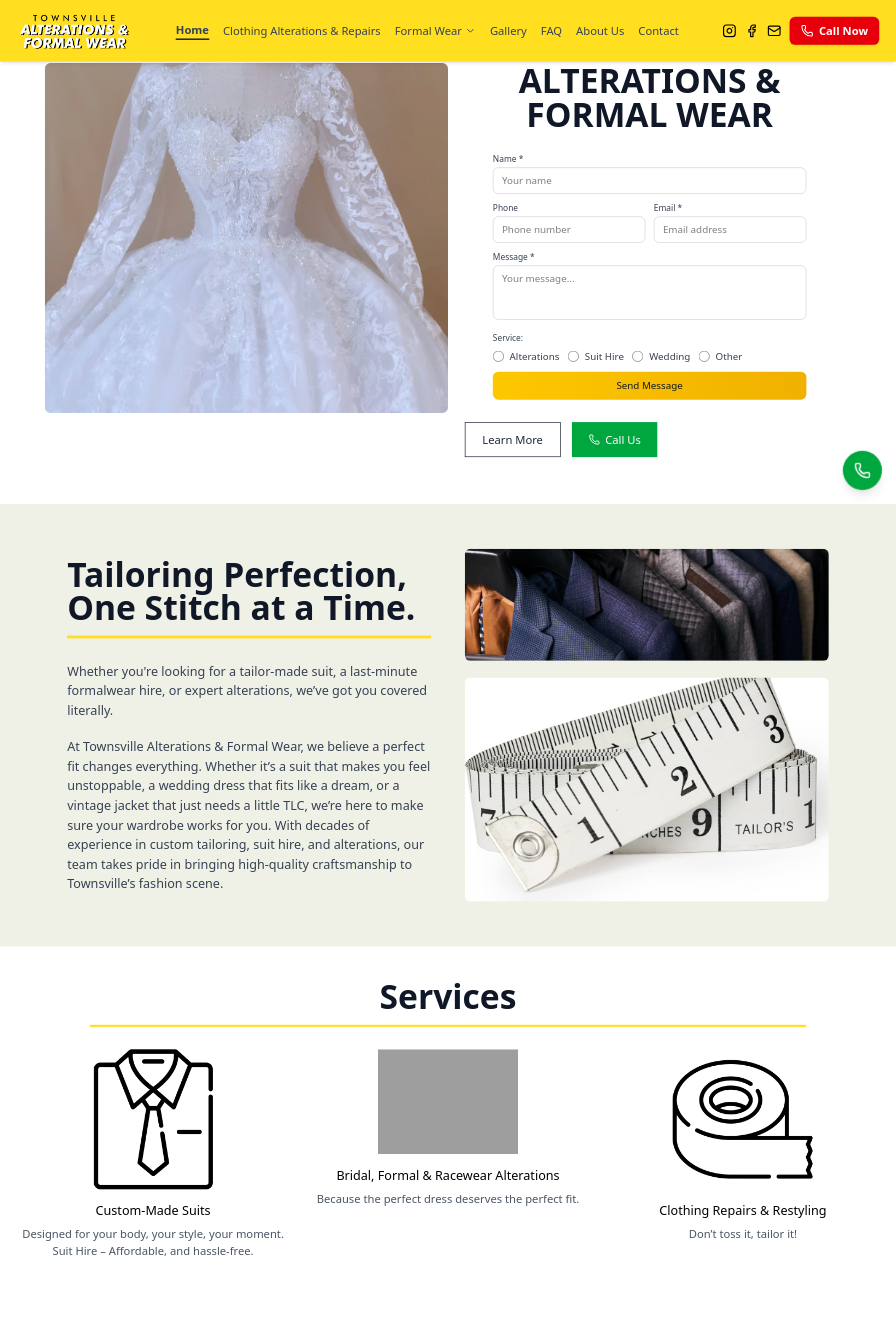
Repository: tarekhasan1/townsville-alteration
Page: /
These files come from the project's save history. The page is drawn as it stood at one moment and after the next save; the edit follows.
The browser window is 1280 px wide. The pictures show the part of the page from y = 0 to 1920 px (the page is 3274 px tall before and 3276 px after), at 70% of full size.
Pictures or frames that could not be fetched are drawn as grey boxes. The page's requests for data from a server got no answer. The project was rebuilt for these pictures with package versions that can differ from the ones it lists, and the page was loaded fresh each time. The framework's server and built-in components were replaced by stand-ins that run in the browser. No one was signed in, and anything a server would have sent is missing. Also part of the build but not shown: next.config.ts.

Above is the page before, as saved 2026-01-31 10:56:17.

### src/app/layout.tsx
import type { Metadata } from "next";
import Script from "next/script";
import "./globals.css";
import LayoutShell from "@/components/LayoutShell";
import FloatingCallButton from "@/components/FloatingCallButton";
import AnalyticsTracker from "@/components/AnalyticsTracker";

export const metadata: Metadata = {
  title: "Townsville Alterations and Formal Wear | Tailoring, Suit Hire, Alterations",
  description:
    "Townsville Alterations and Formal Wear - Reinvent Your Wardrobe. Hire or tailor-make outfits that turn heads. Expert suit hire, bridal alterations, and tailoring in Townsville.",
  keywords:
    "Townsville Tailoring, Formal Wear Townsville, Suit Hire, Alterations, Wedding Dress Alterations, Custom Tailoring",
  authors: [{ name: "Townsville Alterations & Formal Wear" }],
  creator: "Townsville Alterations & Formal Wear",
  publisher: "Townsville Alterations & Formal Wear",
  robots: "index, follow",
  icons: "/logo.png",
};

export default function RootLayout({
  children,
}: {
  children: React.ReactNode;
}) {
  return (
    <html lang="en">
      <head>
        {/* Google Tag Manager */}
        <Script
          id="gtm-script"
          strategy="afterInteractive"
          dangerouslySetInnerHTML={{
            __html: `
              (function(w,d,s,l,i){w[l]=w[l]||[];
              w[l].push({'gtm.start': new Date().getTime(),event:'gtm.js'});
              var f=d.getElementsByTagName(s)[0],
              j=d.createElement(s),dl=l!='dataLayer'?'&l='+l:'';
              j.async=true;j.src=
              'https://www.googletagmanager.com/gtm.js?id='+i+dl;
              f.parentNode.insertBefore(j,f);
              })(window,document,'script','dataLayer','GTM-WH7KD8GK');
            `,
          }}
        />
        {/* End Google Tag Manager */}
      </head>

      <body>
        {/* Google Tag Manager (noscript) */}
        <noscript>
          <iframe
            src="https://www.googletagmanager.com/ns.html?id=GTM-WH7KD8GK"
            height="0"
            width="0"
            style={{ display: "none", visibility: "hidden" }}
          />
        </noscript>
        {/* End Google Tag Manager (noscript) */}
        <AnalyticsTracker />

        <LayoutShell>{children}</LayoutShell>

        {/* Global Floating Call Button */}
        <FloatingCallButton />
      </body>
    </html>
  );
}

### src/app/page.tsx
import BannerCarousel from "@/components/BannerCarousel";
import LatestCollection from "@/components/LatestCollection";
import ServicesSection from "@/components/ServicesSection";
import SuitsForSaleSection from "@/components/SuitForSaleSection";
import TailoringSection from "@/components/TailoringSection";

export default function Home() {
  return (
    <div>
      <BannerCarousel/>
      <TailoringSection/>
      <ServicesSection/>
      <LatestCollection/>
      <SuitsForSaleSection/>
    </div>
  );
}

### src/app/globals.css
@import "tailwindcss";

:root {
  --background: #ffffff;
  --foreground: #171717;
}

### src/components/LayoutShell.tsx
// components/LayoutShell.tsx
'use client';

import { usePathname } from 'next/navigation';
import Navbar from '@/components/Navbar';
import ContactSection from '@/components/ContactSection';
import DevelopedBy from '@/components/DevelopedBy';

export default function LayoutShell({ children }: { children: React.ReactNode }) {
  const pathname = usePathname();
  const isAdminRoute = pathname.startsWith('/admin');

  return (
    <>
      {!isAdminRoute && <Navbar />}
      {children}
      {!isAdminRoute && (
        <>
          <ContactSection />
          <DevelopedBy />
        </>
      )}
    </>
  );
}

### src/components/FloatingCallButton.tsx
'use client';

import { Phone } from 'lucide-react';

export default function FloatingCallButton() {
  return (
    <a
      href="tel:0421929683" // <-- replace with real number
      aria-label="Call us now"
      className="
        fixed
        bottom-5
        right-5
        z-50
        flex
        items-center
        justify-center
        w-14
        h-14
        rounded-full
        bg-green-600
        text-white
        shadow-lg
        hover:bg-green-700
        active:scale-95
        transition
      "
    >
      <Phone className="w-6 h-6" />
    </a>
  );
}

### src/components/AnalyticsTracker.tsx
/* eslint-disable @typescript-eslint/no-explicit-any */
"use client";

import { usePathname } from "next/navigation";
import { useEffect } from "react";

declare global {
  interface Window {
    dataLayer: any[];
  }
}

export default function AnalyticsTracker() {
  const pathname = usePathname();

  useEffect(() => {
    if (typeof window === "undefined") return;
    if (!window.dataLayer) return;

    window.dataLayer.push({
      event: "pageview",
      page_path: pathname,
    });
  }, [pathname]);

  return null;
}

### src/components/LatestCollection.tsx
// components/LatestCollection.tsx
'use client';

import ImageGallery from "@/components/ImageGallery";

export default function LatestCollection() {
  return (
    <section id="latest-collection">
      <ImageGallery
        collection="featured"
        title="Latest Collection"
        description="Explore our freshest styles and most popular looks—handpicked for your standout moments."
        itemsPerPage={6}
        showExploreButton={true}
      />
    </section>
  );
}

### src/components/ServicesSection.tsx
import Image from "next/image";

const services = [
  {
    icon: "/shirt-icon.png", // Replace with actual icon path
    title: "Custom-Made Suits",
    description: "Designed for your body, your style, your moment. Suit Hire – Affordable, and hassle-free."
  },
  {
    icon: "/dress-icon.png", // Replace with actual icon path
    title: "Bridal, Formal & Racewear Alterations",
    description: "Because the perfect dress deserves the perfect fit."
  },
  {
    icon: "/tape-icon.png", // Replace with actual icon path
    title: "Clothing Repairs & Restyling",
    description: "Don’t toss it, tailor it!"
  }
];

export default function ServicesSection() {
  return (
    <section className="py-12 text-center w-full min-h-[85vh]" aria-labelledby="services-section">
      <h2
        id="services-section"
        className="text-4xl md:text-5xl font-bold text-gray-900 mb-4"
        aria-describedby="services-description"
      >
        Services
      </h2>
      <div
        id="services-description"
        className="w-[80vw] border-b border-[2px] border-yellow-300 mx-auto mb-8"
      ></div>
      <div className="grid grid-cols-1 md:grid-cols-3 gap-8 mx-auto px-6">
        {services.map((service, index) => (
          <div key={index} className="flex flex-col items-center" aria-labelledby={`service-${index}-title`} aria-describedby={`service-${index}-desc`}>
            <Image
              src={service.icon}
              alt={service.title}
              width={200}
              height={200}
              className="mb-4"
              priority
            />
            <h3
              id={`service-${index}-title`}
              className="text-lg font-medium mb-2"
              aria-level={3}
            >
              {service.title}
            </h3>
            <p
              id={`service-${index}-desc`}
              className="text-gray-600"
              aria-labelledby={`service-${index}-title`}
            >
              {service.description}
            </p>
          </div>
        ))}
      </div>
    </section>
  );
}

### src/components/SuitForSaleSection.tsx
// components/SuitsForSaleSection.tsx
'use client';

import ImageGallery from "@/components/ImageGallery";

export default function SuitsForSaleSection() {
  return (
    <section id="suits-for-sale">
      <ImageGallery
        collection="suits"
        title="Suits – Available to Buy"
        description="Own your look — browse our premium suits crafted for fit, comfort, and standout style."
        itemsPerPage={6}
        showContactButton={true}
        contactEmail="sales@townsvillealterationsformalwear.com"
        contactSubject="Interested in Buying a Suit"
        showCallButton={true}
        phoneNumber="+04 219 29683" // Replace with actual number
        callButtonText="Call to Buy"
      />
    </section>
  );
}

### src/components/TailoringSection.tsx
/* eslint-disable react/no-unescaped-entities */
import Image from "next/image";

export default function TailoringSection() {
  return (
    <section id="tailoring-section" aria-labelledby="tailoring-section" className="bg-[#f0f1e6] py-16 px-6 md:px-16 lg:px-24">
      <div className="mx-auto grid grid-cols-1 md:grid-cols-2 gap-12 items-center">
        {/* Text Content */}
        <div>
          <h2 id="tailoring-section" className="text-4xl md:text-5xl font-bold text-gray-900 mb-4">
            Tailoring Perfection, One Stitch at a Time.
          </h2>
          <hr className="mb-4 md:mb-8 border-[2px] text-yellow-300"/>
          <p className="text-gray-700 text-lg mb-6">
            Whether you're looking for a tailor-made suit, a last-minute formalwear hire, or expert alterations, we’ve got you covered literally.
          </p>
          <p className="text-gray-700 text-lg">
            At Townsville Alterations & Formal Wear, we believe a perfect fit changes everything. Whether it’s a suit that makes you feel unstoppable, a wedding dress that fits like a dream, or a vintage jacket that just needs a little TLC, we’re here to make sure your wardrobe works for you. With decades of experience in custom tailoring, suit hire, and alterations, our team takes pride in bringing high-quality craftsmanship to Townsville’s fashion scene.
          </p>
        </div>

        {/* Image Content */}
        <div className="grid grid-cols-1 gap-6">
          <div className="relative w-full h-30 md:h-40">
            <Image
              src="/tailored-suit.jpg"
              alt="Tailored custom suits in Townsville"
              layout="fill"
              objectFit="cover"
              className="rounded-lg"
            />
          </div>
          <div className="relative w-full h-60 md:h-80">
            <Image
              src="/tape.jpg"
              alt="Measuring tape representing precision tailoring in Townsville"
              layout="fill"
              objectFit="cover"
              className="rounded-lg"
            />
          </div>
        </div>
      </div>
    </section>
  );
}

### src/components/DevelopedBy.tsx
// components/DevelopedBy.js

import React from 'react';

const DevelopedBy = () => {
  return (
    <footer className="bg-gray-900 text-white text-center py-4">
      <p className="text-sm">
        Developed by{' '}
        <a
          href="https://digitalcowboy.com.au"
          className="text-yellow-400 hover:underline"
          target="_blank"
          rel="noopener noreferrer"
        >
          DigitalCowboy
        </a>
      </p>
    </footer>
  );
};

export default DevelopedBy;

### src/components/ContactForm.tsx
// components/ContactForm.tsx
'use client';

import { useState } from 'react';
import { submitContactForm } from '../../actions/contact.action';

interface FormData {
  name: string;
  phone: string;
  email: string;
  message: string;
  service?: string;
}

export default function ContactForm() {
  const [formData, setFormData] = useState<FormData>({
    name: '',
    phone: '',
    email: '',
    message: '',
    service: '',
  });

  const [isSubmitting, setIsSubmitting] = useState(false);
  const [submitStatus, setSubmitStatus] = useState<'idle' | 'success' | 'error'>('idle');
  const [errorMessage, setErrorMessage] = useState('');

  const handleChange = (e: React.ChangeEvent<HTMLInputElement | HTMLTextAreaElement | HTMLSelectElement>) => {
    const { name, value } = e.target;
    setFormData(prev => ({
      ...prev,
      [name]: value,
    }));
  };

  const handleServiceChange = (service: string) => {
    setFormData(prev => ({
      ...prev,
      service,
    }));
  };

  const handleSubmit = async (e: React.FormEvent<HTMLFormElement>) => {
    e.preventDefault();
    setIsSubmitting(true);
    setSubmitStatus('idle');
    setErrorMessage('');

    // Validate form
    if (!formData.name.trim() || !formData.email.trim() || !formData.message.trim()) {
      setErrorMessage('Please fill in all required fields.');
      setIsSubmitting(false);
      return;
    }

    if (!formData.email.match(/^[^\s@]+@[^\s@]+\.[^\s@]+$/)) {
      setErrorMessage('Please enter a valid email address.');
      setIsSubmitting(false);
      return;
    }

    try {
      // Submit to database
      const result = await submitContactForm({
        name: formData.name,
        email: formData.email,
        phone: formData.phone,
        message: formData.message,
        service: formData.service,
      });

      if (result.success) {
        setSubmitStatus('success');
        // Reset form
        setFormData({
          name: '',
          phone: '',
          email: '',
          message: '',
          service: '',
        });
      } else {
        throw new Error(result.error || 'Form submission failed');
      }
    } catch (error) {
      console.error('Error submitting form:', error);
      setSubmitStatus('error');
      setErrorMessage('Something went wrong. Please try again or call us directly.');
    } finally {
      setIsSubmitting(false);
    }
  };

  return (
    <div className="w-full max-w-md mx-auto">
      <form
        onSubmit={handleSubmit}
        className="space-y-3"
      >
        {/* Success Message */}
        {submitStatus === 'success' && (
          <div className="p-2 bg-green-50 border border-green-200 rounded text-xs">
            <div className="flex items-center">
              <svg className="w-3 h-3 text-green-500 mr-1" fill="none" stroke="currentColor" viewBox="0 0 24 24">
                <path strokeLinecap="round" strokeLinejoin="round" strokeWidth="2" d="M5 13l4 4L19 7" />
              </svg>
              <span>Message sent successfully! We&apos;ll get back to you soon.</span>
            </div>
          </div>
        )}

        {/* Error Message */}
        {submitStatus === 'error' && (
          <div className="p-2 bg-red-50 border border-red-200 rounded text-xs">
            <div className="flex items-center">
              <svg className="w-3 h-3 text-red-500 mr-1" fill="none" stroke="currentColor" viewBox="0 0 24 24">
                <path strokeLinecap="round" strokeLinejoin="round" strokeWidth="2" d="M12 9v2m0 4h.01m-6.938 4h13.856c1.54 0 2.502-1.667 1.732-2.5L13.732 4c-.77-.833-1.964-.833-2.732 0L4.196 16.5c-.77.833.192 2.5 1.732 2.5z" />
              </svg>
              <span>{errorMessage || 'Error sending message'}</span>
            </div>
          </div>
        )}

        {/* Validation Error */}
        {errorMessage && submitStatus === 'idle' && (
          <div className="p-2 bg-yellow-50 border border-yellow-200 rounded text-xs">
            <div className="flex items-center">
              <svg className="w-3 h-3 text-yellow-500 mr-1" fill="none" stroke="currentColor" viewBox="0 0 24 24">
                <path strokeLinecap="round" strokeLinejoin="round" strokeWidth="2" d="M12 9v2m0 4h.01m-6.938 4h13.856c1.54 0 2.502-1.667 1.732-2.5L13.732 4c-.77-.833-1.964-.833-2.732 0L4.196 16.5c-.77.833.192 2.5 1.732 2.5z" />
              </svg>
              <span>{errorMessage}</span>
            </div>
          </div>
        )}

        {/* Name Field */}
        <div>
          <label htmlFor="name" className="block text-xs font-medium text-gray-700 mb-1">
            Name *
          </label>
          <input
            type="text"
            id="name"
            name="name"
            value={formData.name}
            onChange={handleChange}
            required
            className="w-full px-3 py-2 text-sm border border-gray-300 rounded-lg focus:ring-1 focus:ring-yellow-400 focus:border-transparent"
            placeholder="Your name"
            disabled={isSubmitting}
          />
        </div>

        {/* Contact Info Grid */}
        <div className="grid grid-cols-2 gap-3">
          <div>
            <label htmlFor="phone" className="block text-xs font-medium text-gray-700 mb-1">
              Phone
            </label>
            <input
              type="tel"
              id="phone"
              name="phone"
              value={formData.phone}
              onChange={handleChange}
              className="w-full px-3 py-2 text-sm border border-gray-300 rounded-lg focus:ring-1 focus:ring-yellow-400 focus:border-transparent"
              placeholder="Phone number"
              disabled={isSubmitting}
            />
          </div>

          <div>
            <label htmlFor="email" className="block text-xs font-medium text-gray-700 mb-1">
              Email *
            </label>
            <input
              type="email"
              id="email"
              name="email"
              value={formData.email}
              onChange={handleChange}
              required
              className="w-full px-3 py-2 text-sm border border-gray-300 rounded-lg focus:ring-1 focus:ring-yellow-400 focus:border-transparent"
              placeholder="Email address"
              disabled={isSubmitting}
            />
          </div>
        </div>

        {/* Message Field */}
        <div>
          <label htmlFor="message" className="block text-xs font-medium text-gray-700 mb-1">
            Message *
          </label>
          <textarea
            id="message"
            name="message"
            value={formData.message}
            onChange={handleChange}
            required
            rows={3}
            className="w-full px-3 py-2 text-sm border border-gray-300 rounded-lg focus:ring-1 focus:ring-yellow-400 focus:border-transparent resize-none"
            placeholder="Your message..."
            disabled={isSubmitting}
          />
        </div>

        {/* Service Selection */}
        <div>
          <label className="block text-xs font-medium text-gray-700 mb-2">
            Service:
          </label>
          <div className="flex flex-wrap gap-3">
            {['Alterations', 'Suit Hire', 'Wedding', 'Other'].map((service) => (
              <label key={service} className="inline-flex items-center cursor-pointer">
                <input
                  type="radio"
                  name="service"
                  value={service.toLowerCase()}
                  checked={formData.service === service.toLowerCase()}
                  onChange={() => handleServiceChange(service.toLowerCase())}
                  className="w-4 h-4 text-yellow-500 bg-gray-100 border-gray-300 focus:ring-yellow-400"
                  disabled={isSubmitting}
                />
                <span className="ml-2 text-sm text-gray-700">{service}</span>
              </label>
            ))}
          </div>
        </div>

        {/* Submit Button */}
        <div>
          <button
            type="submit"
            disabled={isSubmitting}
            className="w-full bg-gradient-to-r from-yellow-400 to-yellow-500 hover:from-yellow-500 hover:to-yellow-600 text-gray-900 font-medium py-2.5 rounded-lg transition-all text-sm disabled:opacity-50 disabled:cursor-not-allowed"
          >
            {isSubmitting ? (
              <span className="flex items-center justify-center">
                <svg className="animate-spin h-4 w-4 mr-2" fill="none" viewBox="0 0 24 24">
                  <circle className="opacity-25" cx="12" cy="12" r="10" stroke="currentColor" strokeWidth="4"></circle>
                  <path className="opacity-75" fill="currentColor" d="M4 12a8 8 0 018-8V0C5.373 0 0 5.373 0 12h4zm2 5.291A7.962 7.962 0 014 12H0c0 3.042 1.135 5.824 3 7.938l3-2.647z"></path>
                </svg>
                Sending...
              </span>
            ) : (
              'Send Message'
            )}
          </button>
        </div>
      </form>
    </div>
  );
}

### src/firebase/config.ts
// Import the functions you need from the SDKs you need
import { initializeApp } from "firebase/app";
import { getFirestore } from 'firebase/firestore';
import { getStorage } from 'firebase/storage';
// TODO: Add SDKs for Firebase products that you want to use
// https://firebase.google.com/docs/web/setup#available-libraries

// Your web app's Firebase configuration
const firebaseConfig = {
  apiKey: process.env.NEXT_PUBLIC_FIREBASE_API_KEY,
  authDomain: process.env.NEXT_PUBLIC_FIREBASE_AUTH_DOMAIN,
  projectId: process.env.NEXT_PUBLIC_FIREBASE_PROJECT_ID,
  storageBucket: process.env.NEXT_PUBLIC_FIREBASE_STORAGE_BUCKET,
  messagingSenderId: process.env.NEXT_PUBLIC_FIREBASE_MESSAGING_SENDER_ID,
  appId: process.env.NEXT_PUBLIC_FIREBASE_APP_ID
};

// Initialize Firebase
const app = initializeApp(firebaseConfig);
export const db = getFirestore(app);
export const storage = getStorage(app);

Loaded but not shown: src/components/Navbar.tsx (201 lines, source omitted); src/components/ImageGallery.tsx (227 lines, source omitted); actions/contact.action.ts (335 lines, source omitted); src/components/BannerCarousel.tsx (87 lines, source omitted); src/components/ContactSection.tsx (79 lines, source omitted); actions/client.action.ts (83 lines, source omitted)

After the next save:
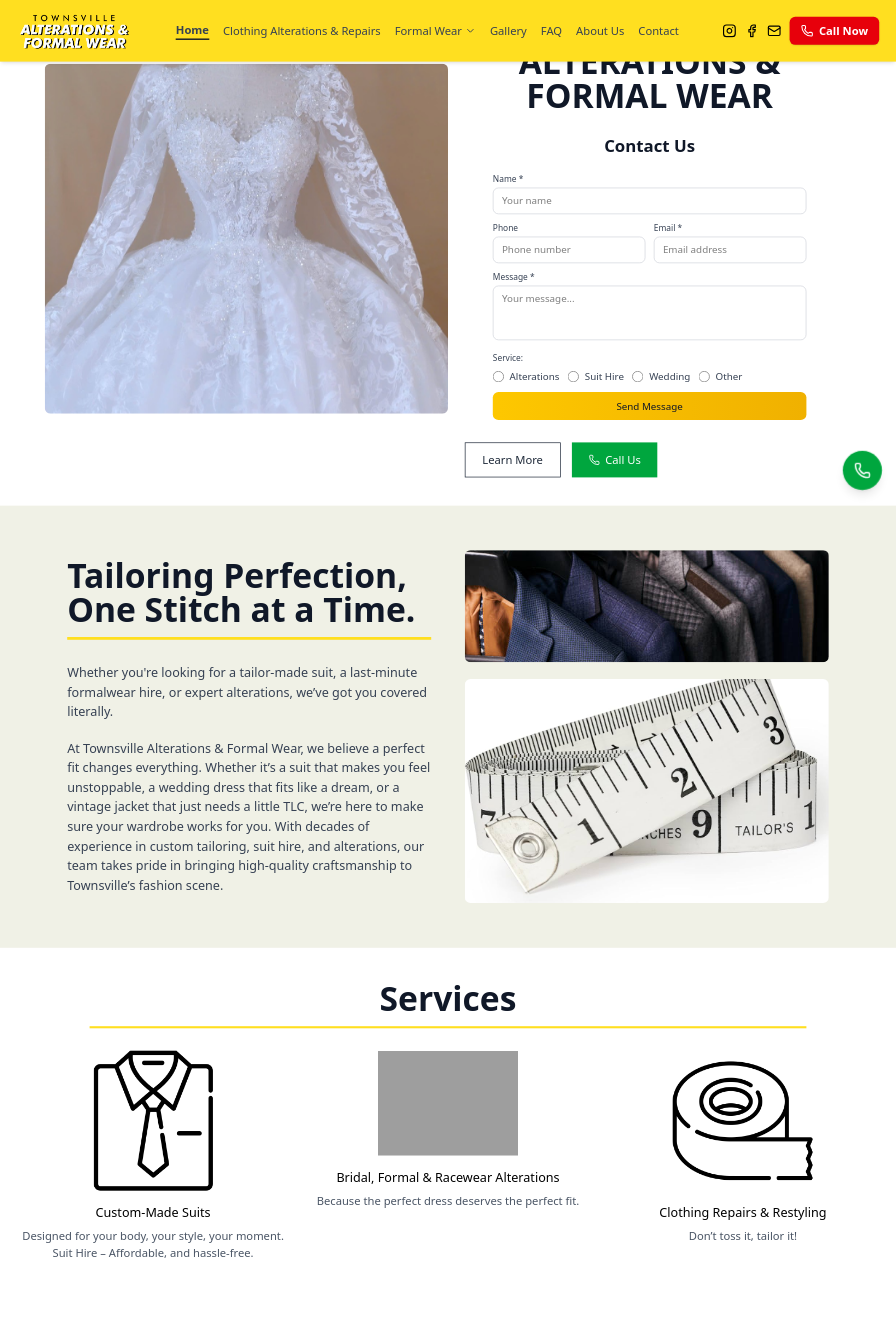
Saved 31 s later.
--- a/src/components/ContactForm.tsx
+++ b/src/components/ContactForm.tsx
@@ -93,6 +93,7 @@ export default function ContactForm() {
 
   return (
     <div className="w-full max-w-md mx-auto">
+      <h3 className="text-2xl font-semibold text-gray-900 mb-6 text-center">Contact Us</h3>
       <form
         onSubmit={handleSubmit}
         className="space-y-3"
